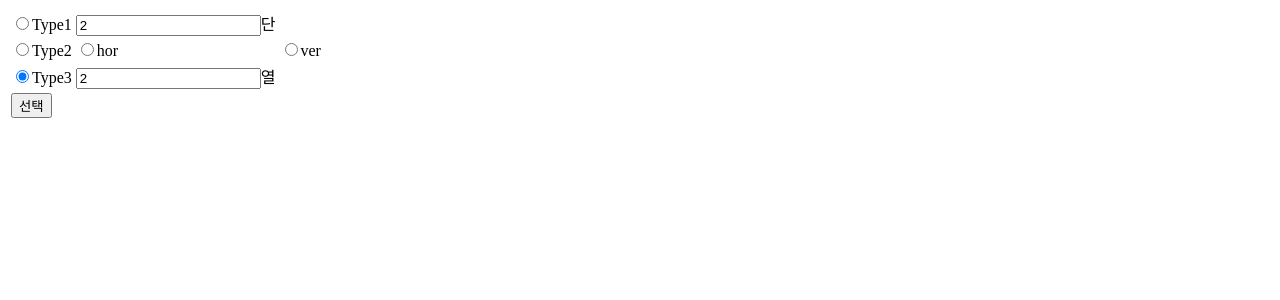
Repository: choikoya/JSP
Page: http://localhost/MissionJSP/gugudanForm.jsp
These files come from the project's save history. The page is drawn as it stood at one moment and after the next save; the edit follows.
The browser window is 1280 px wide. The pictures show the whole page.
The page is served by Tomcat 9.

Above is the page before, as saved 2024-06-13 08:04:40.

### MissionJSP/src/main/webapp/gugudanForm.jsp
<%@ page language="java" contentType="text/html; charset=UTF-8"
    pageEncoding="UTF-8"%>

<!DOCTYPE html>
<html>
<head>
<meta charset="UTF-8">
<title>구구단</title>
</head>
<body>
<form action="gugudanProc.jsp">
	<table>
		<tr>
			<td><input type ="radio" name="option" value="gugudanType" checked>Type1</td>
			<td><input type = "text" name="dan" value="2">단</td>
		</tr>
		<tr>
			<td><input type ="radio" name="option" value="gugudanType" checked>Type2</td>
			<td><input type ="radio" name="option" value="gugudanType" checked>hor</td>
			<td><input type ="radio" name="option" value="gugudanType" checked>ver</td>
		</tr>
		<tr>
			<td><input type ="radio" name="option" value="gugudanType" checked>Type3</td>
			<td><input type = "text" name="yul" value="2">열</td>
		</tr>
		<tr><td>
			<button type="submit" >선택</button>
		</td></tr>
	</table>

</form>



</body>
</html>

After the next save:
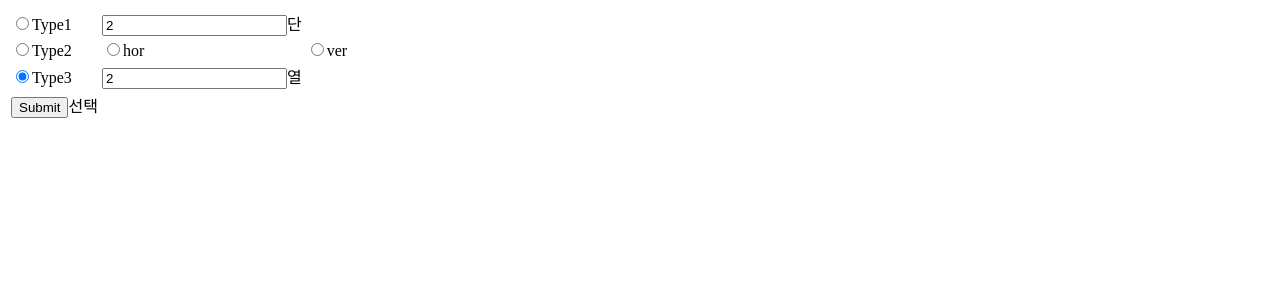
Saved 6 min 10 s later.
--- a/MissionJSP/src/main/webapp/gugudanForm.jsp
+++ b/MissionJSP/src/main/webapp/gugudanForm.jsp
@@ -11,20 +11,20 @@
 <form action="gugudanProc.jsp">
 	<table>
 		<tr>
-			<td><input type ="radio" name="option" value="gugudanType" checked>Type1</td>
-			<td><input type = "text" name="dan" value="2">단</td>
+			<td><input type ="radio" name="sel" value="gugudanType" checked>Type1</td>
+			<td><input type = "text" name="sel" value="2">단</td>
 		</tr>
 		<tr>
-			<td><input type ="radio" name="option" value="gugudanType" checked>Type2</td>
-			<td><input type ="radio" name="option" value="gugudanType" checked>hor</td>
-			<td><input type ="radio" name="option" value="gugudanType" checked>ver</td>
+			<td><input type ="radio" name="sel" value="gugudanType" checked>Type2</td>
+			<td><input type ="radio" name="sel" value="gugudanType" checked>hor</td>
+			<td><input type ="radio" name="sel" value="gugudanType" checked>ver</td>
 		</tr>
 		<tr>
-			<td><input type ="radio" name="option" value="gugudanType" checked>Type3</td>
-			<td><input type = "text" name="yul" value="2">열</td>
+			<td><input type ="radio" name="sel" value="gugudanType" checked>Type3</td>
+			<td><input type = "text" name="sel" value="2">열</td>
 		</tr>
 		<tr><td>
-			<button type="submit" >선택</button>
+			<input type="submit" >선택</input>
 		</td></tr>
 	</table>
 
